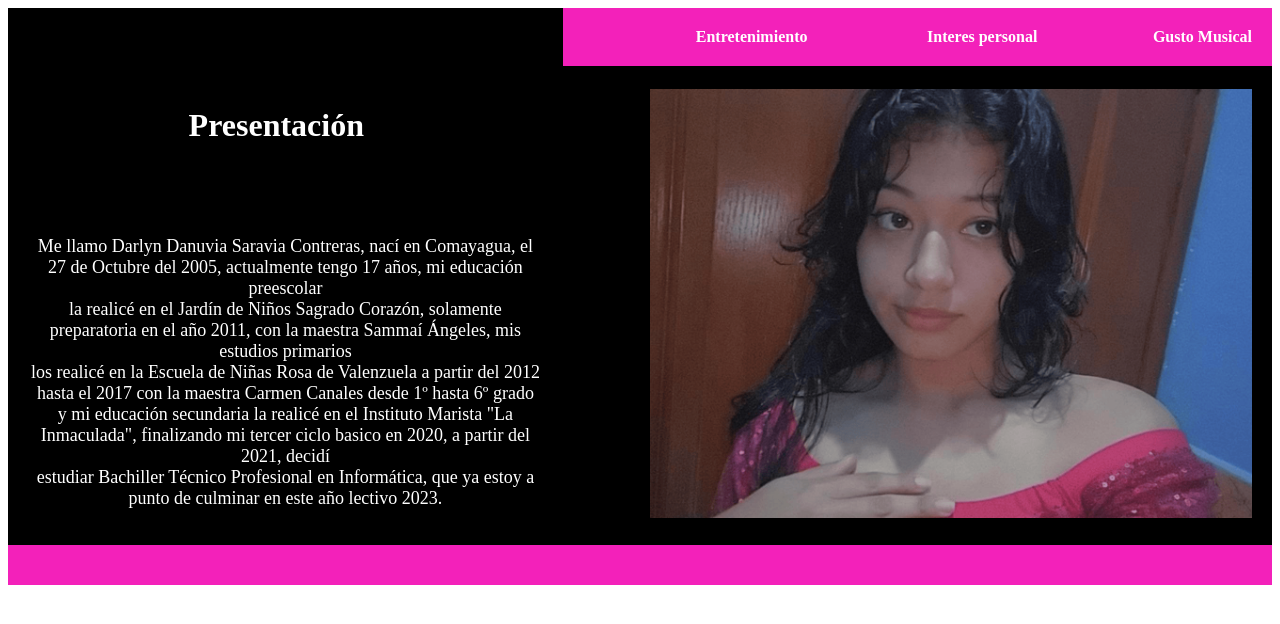
Repository: darlyn-saravia27/portafolio-darlynsaravia
Page: archivoshtml/index.html
An editor plug-in stored every save of this project. The page is shown before and after the next save, followed by the edit.
The browser window is 1280 px wide. The pictures show the whole page.

Above is the page before, as saved 2023-03-04 22:50:14.

After the next save:
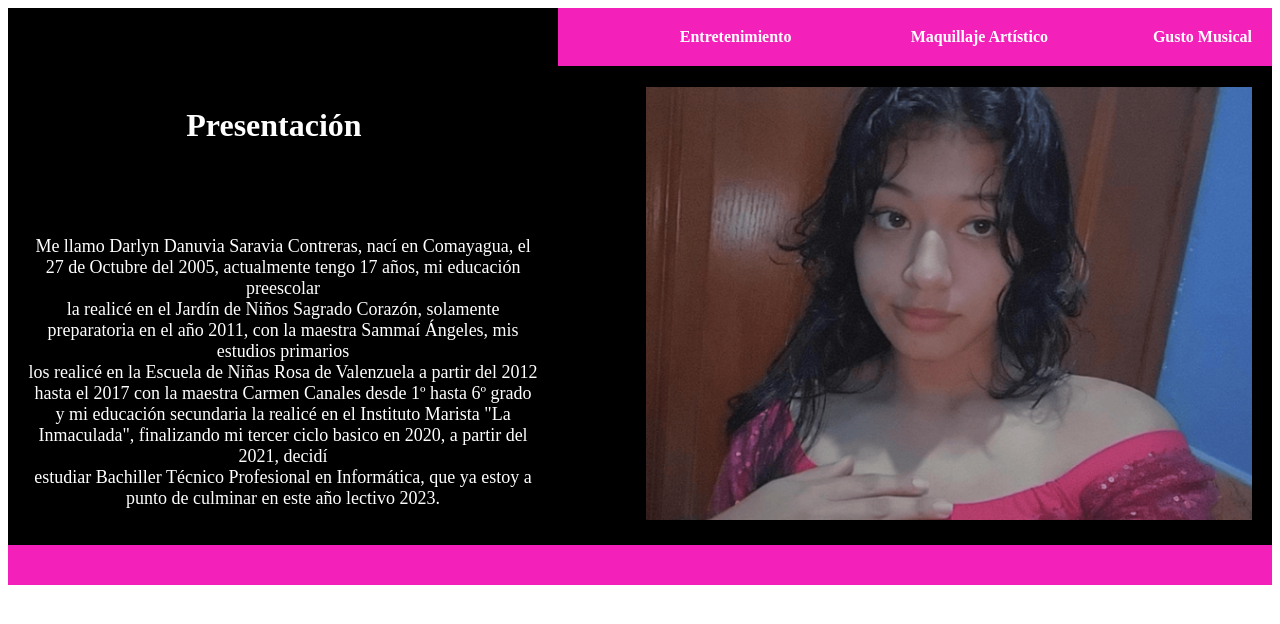
Saved 55 s later.
--- a/archivoshtml/index.html
+++ b/archivoshtml/index.html
@@ -11,7 +11,7 @@
     <tr align="center" bgcolor="black">
         <td>-----------------------------------------------------------------------------------</td>
         <td align="right" bgcolor="F321BA"><font color="white"><strong>Entretenimiento</strong></font></td>
-        <td align="right" bgcolor="F321BA"><font color="white"><strong>Interes personal</strong></font></td>
+        <td align="right" bgcolor="F321BA"><font color="white"><strong>Maquillaje Artístico</strong></font></td>
         <td align="right" bgcolor="F321BA"><font color="white"><strong>Gusto Musical</strong></font></td>
     </tr>
     <tr bgcolor="#000000">
